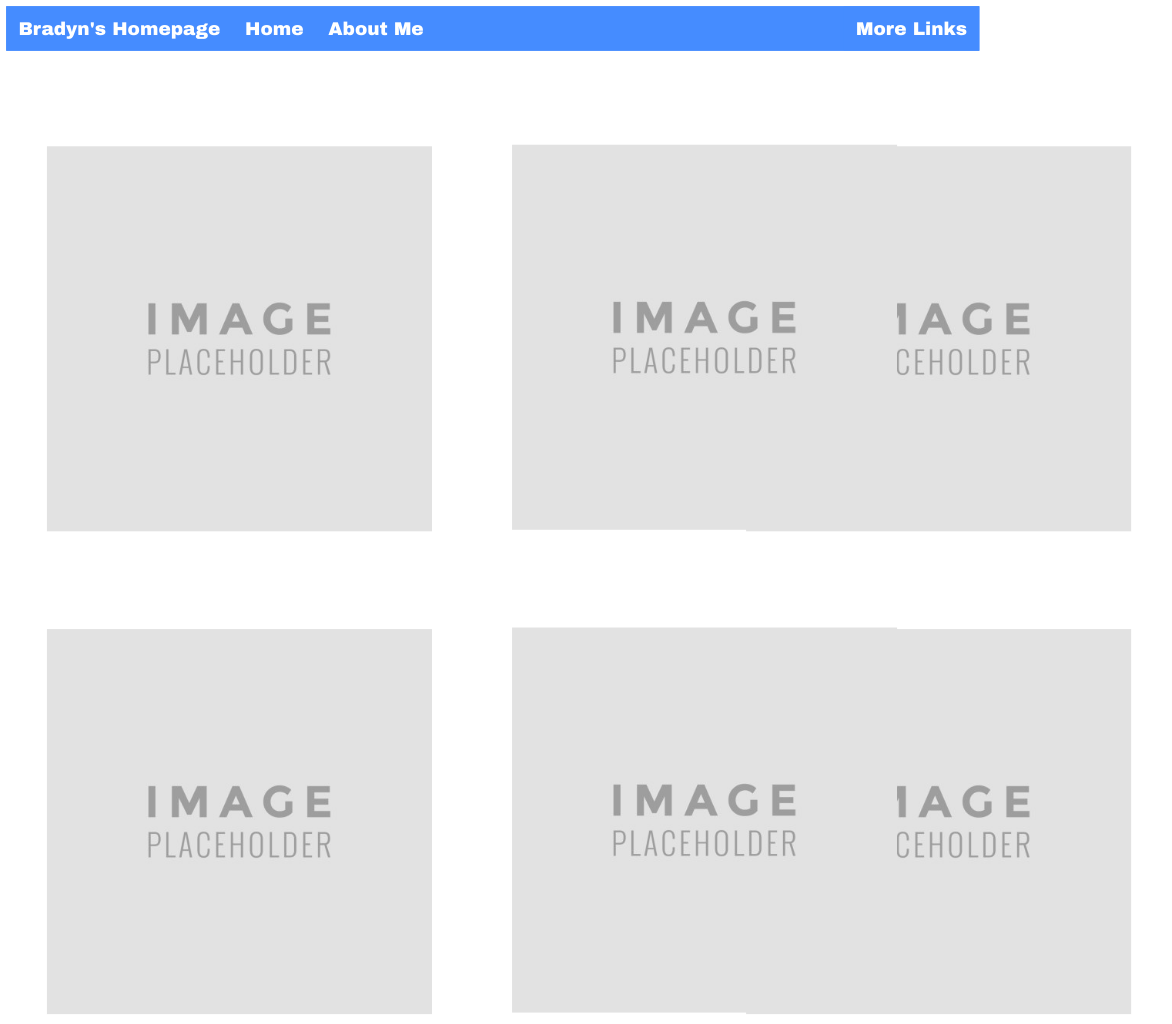
Repository: br4y/br4y.github.io
Page: index.html
The author's editor kept a record of every edit. The page is drawn from the files as they stood at one moment, then again after the next edit.
The browser window is 1280 px wide. The page is 1522 px wide, so the pictures cover 1522 px, including what lies to the right of the window. The pictures show the whole page, at 77% of full size.

Above is the page before.

### index.html
<!DOCTYPE html>
<link href="StyleSheet.css" rel="stylesheet" type="text/css">
<html>
    <head>
        <!--<h1 class="title"><img src="https://www.nationalgeographic.com/content/dam/animals/thumbs/rights-exempt/mammals/d/domestic-dog_thumb.jpg" class="dog"></img>-->
        <!--    Bradyn's Homepage-->
        <!--    <div class="navbuttons">-->
        <!--    <a>Home</a>-->
        <!--    <a>About Me</a>-->
        <!--    </div>-->
        <!--        <div class="dropdown">-->
        <!--            <button class="dropbtn">Projects</button>-->
        <!--             <div class="dropdown-content">-->
        <!--                <a href="#">Project</a>-->
        <!--                <a href="#">Project</a>-->
        <!--                <a href="#">Project</a>-->
        <!--                <a href="#">Project</a>-->
        <!--            </div>-->
        <!--        </div>-->
        <!--</h1>-->
    <div class="navbar">
        <div class="navbar">
          <a>Bradyn's Homepage</a>
          <a href="#">Home</a>
          <a href="#">About Me</a>
      <div class="dropdown">
        <div class="morelinks">More Links</div>
        <div class="dropdown-content">
          <a href="https://www.awseducate.com">AWS Educate</a>
          <a href="https://www.collegeboard.org">College Board</a>
        </div>
      </div>
     </div>

    </div>

    </head>

    <body>
        <table>
            <tr class="spacerow">
                <td>a</td>
                <td>a</td>
                <td>a</td>
            </tr>
            <tr class="row1">
                <td><img class="column1" src="images/placeholder.jpg"></img></td>
                <td><img class="column2" src="images/placeholder.jpg"></img></td>
                <td><img class="column3" src="images/placeholder.jpg"></img></td>
            <tr class="spacerow">
                <td>a</td>
                <td>a</td>
                <td>a</td>
            </tr>
            </tr>
            <tr class="row3">
                <td><img class="column1" src="images/placeholder.jpg"></img></td>
                <td><img class="column2" src="images/placeholder.jpg"></img></td>
                <td><img class="column3" src="images/placeholder.jpg"></img></td>
            </tr>
        </table>
    </body>

</html>

### StyleSheet.css
       .navbar{
        background-color: #458cff;
        width:100%;
        overflow: hidden;
        font-family:"Arial Black", Gadget, sans-serif;
      }

      .active {
        background-color:#3d80eb;;
      }

      .navbar a {
        color: white;
        font-size: 24px;
        text-decoration: none;
        padding:16px;
        float:left;
      }

      .links {
        font-family:"Arial Black", Gadget, sans-serif;
        background-color: #458cff;
        color: white;
        float: right;
        text-decoration: none;
        font-size: 24px;
      }

      .morelinks {
        color: white;
        font-size: 24px;
        text-decoration: none;
        padding:16px;
      }

      .navbar a:hover, .morelinks:hover {
        background-color: #3d80eb;
      }

      .dropdown:hover .dropdown-content {
        display:block;
      }

      .dropdown-content {
        position: absolute;
        z-index:  1;
        display:none;
        background-color: #458cff;
        font-family:"Arial Black", Gadget, sans-serif;
      }

      .dropdown {
        font-family:"Arial Black", Gadget, sans-serif;
        background-color: #458cff;
        color: white;
        float: right;
        text-decoration: none;
        font-size: 24px;

      }

      .dropdown-content a{
        float: none;
        display:block;
      }

    .dog {
        width:40px;
        height:40px;
        border-radius:50%;
        padding:5px;
        display:inline;
        vertical-align:middle;
    }

    .portrait {
        height:relative;
        width:50%;
        float:left;
    }

    .about-text {
        text-align:left;
        font-family:"Arial Black", Gadget, sans-serif;
        width:45%;
        height:relative;
        display:inline-block;
        margin-left:15px;
    }

    /*.dropdown:hover .dropdown-content {display: block;}*/
    /*.dropdown-content a:hover {background-color:#2376fc;}*/
    /*.dropdown:hover .dropbtn {background-color: #2376fc;}*/

    table {
        width:100%;
    }

    .column1{
        height:40%;
        float:left;
        padding-left:10%
    }

    .column2 {
        height:40%;
        margin-left:30%;
    }

    .column3 {
        height:40%;
        float: right;
        padding-right:10%;
    }

    .spacerow {
        height:100%;
        padding-top:50px;
        color:white;
        font-size:100px;
    }

    .navbuttons {
        margin-right:10px;
        padding-right:20px;
        background-color:#458cff;
        display:inline-block;
        text-align: right;
        color:white;
        font-size:75%;
        font-family:"Arial Black", Gadget, sans-serif;
    }

After the next edit:
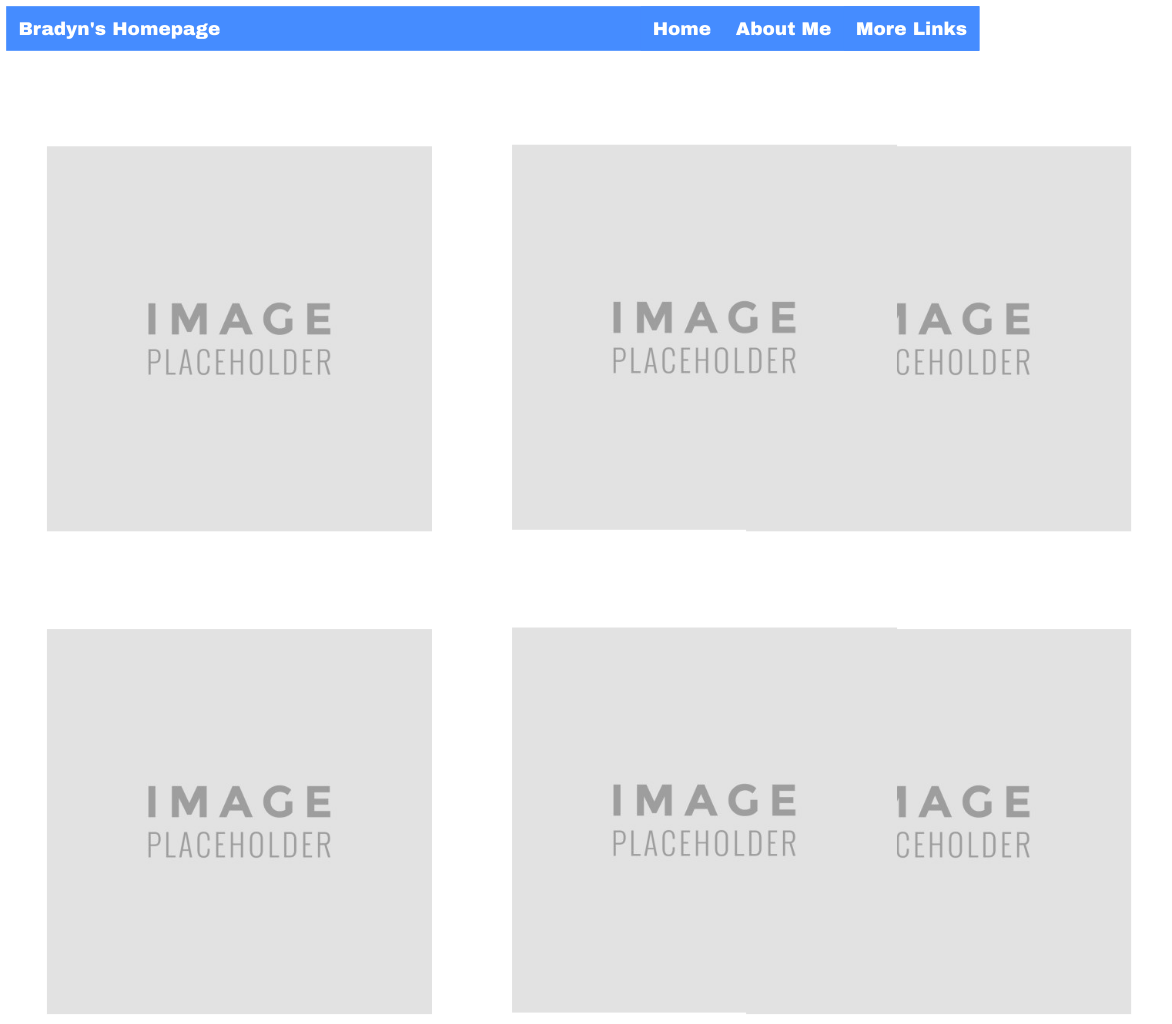
The edit:
--- a/index.html
+++ b/index.html
@@ -19,8 +19,8 @@
         <!--        </div>-->
         <!--</h1>-->
     <div class="navbar">
-        <div class="navbar">
-          <a>Bradyn's Homepage</a>
+        <a>Bradyn's Homepage</a>
+        <div class="links">
           <a href="#">Home</a>
           <a href="#">About Me</a>
       <div class="dropdown">
